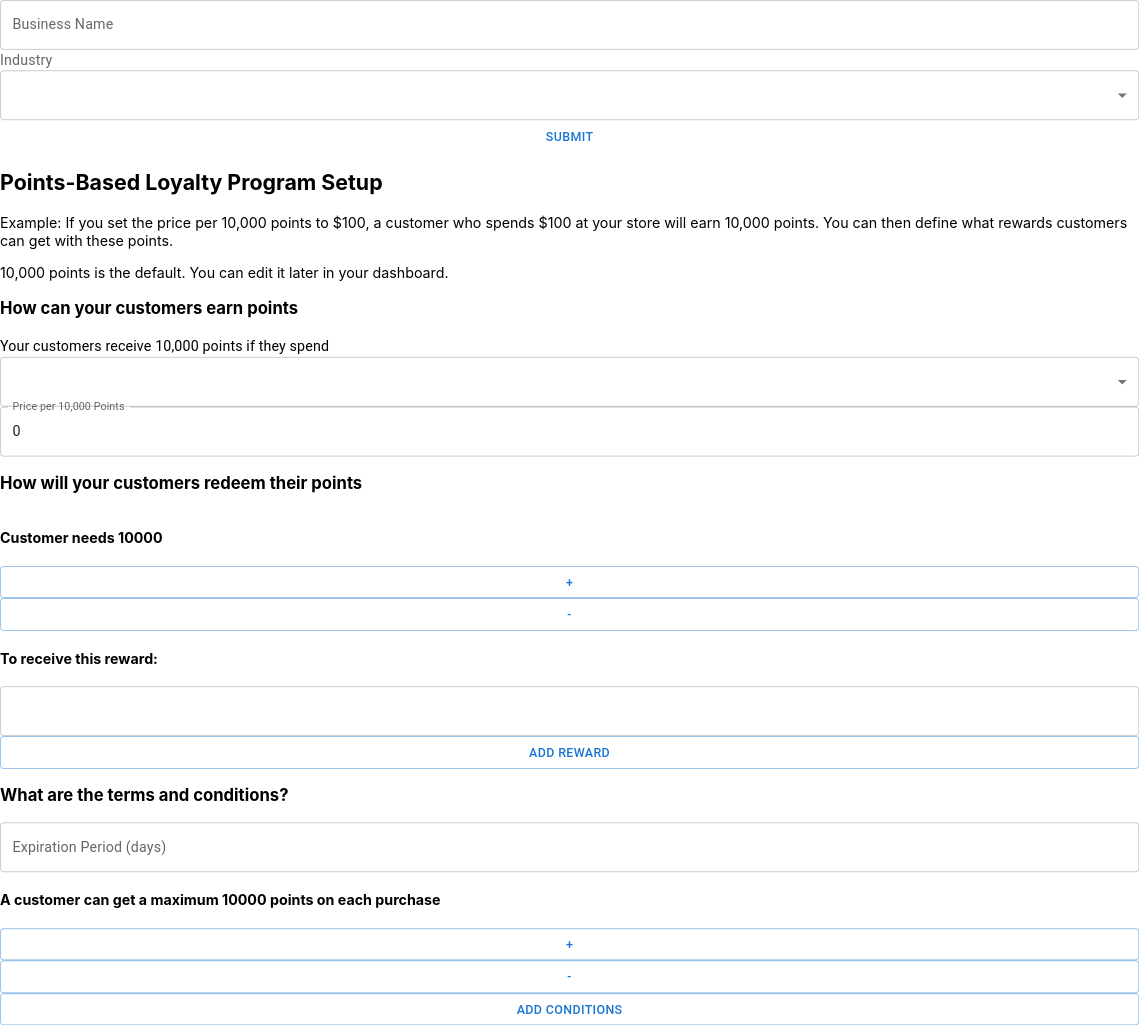
Repository: Armstrong2035/loyaltyTrackr
Page: /onboarding (app in loyalty-trackr/)
An editor plug-in stored every save of this project. The page is shown before and after a run of saves, followed by the edit.
The browser window is 1280 px wide. The pictures show the whole page, at 89% of full size.
The project was rebuilt for these pictures with package versions that can differ from the ones it lists, and the page was loaded fresh each time. Also part of the build but not shown: loyalty-trackr/src/firebase.js, loyalty-trackr/src/Authentication/Signup.js, loyalty-trackr/src/Home/Home.js, loyalty-trackr/src/Authentication/Login.js.

Above is the page before, as saved 2024-06-08 20:25:28.

After the next 2 saves:
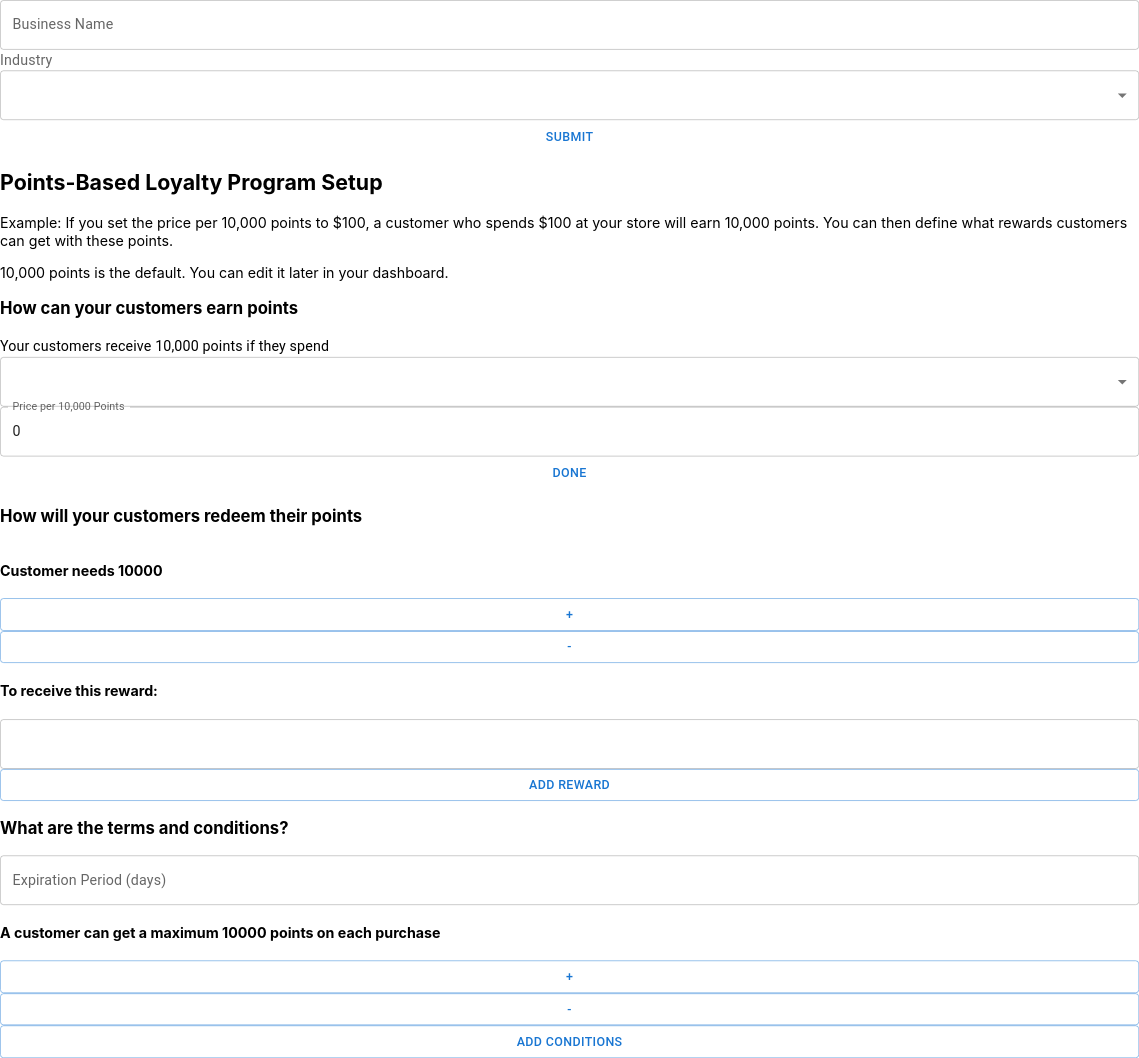
The 2 saves are shown as one change because 1 did not build or start.
The last was saved 72 s later.
--- a/loyalty-trackr/src/Onboarding/LoyaltySetup/PointsBased/PointsPerPurchase.js
+++ b/loyalty-trackr/src/Onboarding/LoyaltySetup/PointsBased/PointsPerPurchase.js
@@ -4,6 +4,7 @@ import {
   Select,
   Typography,
   MenuItem,
+  Button,
 } from "@mui/material";
 import React, { useEffect, useState } from "react";
 import { currencies } from "../../../Utility/currencies";
@@ -64,6 +65,8 @@ export const PointsPerPurchase = () => {
             type="number"
             onChange={(e) => setPrice(e.target.value)}
           />
+
+          <Button onClick={sendPointsPerPurchaseToStore}>Done</Button>
         </FormGroup>
       </div>
     </>
